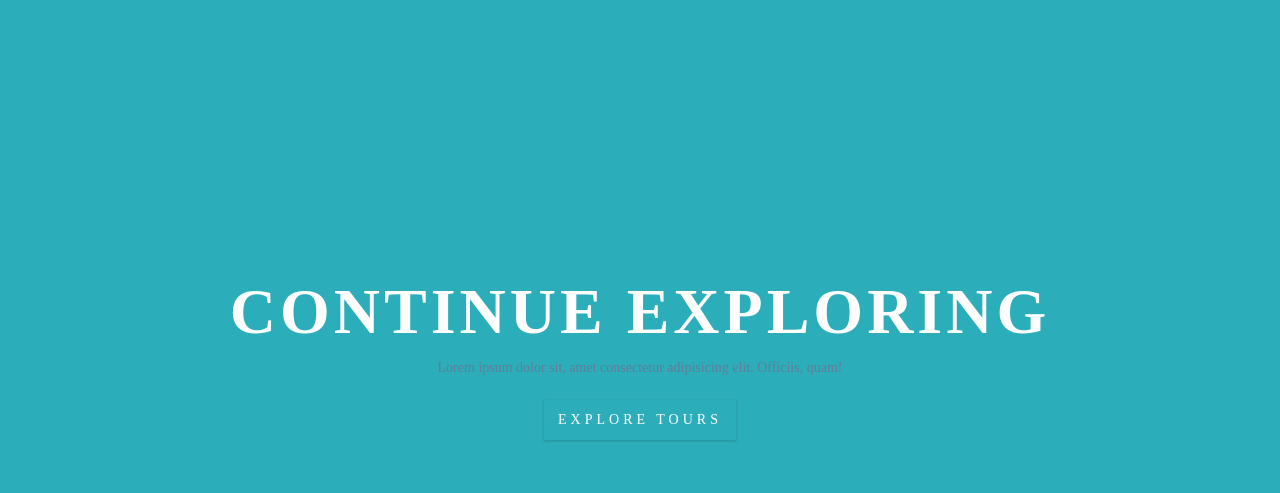
Repository: Ndifoinhilary/flexbox-project
Page: index.html
An editor plug-in stored every save of this project. The page is shown before and after the next save, followed by the edit.
The browser window is 1280 px wide. The pictures show the whole page.

Above is the page before, as saved 2024-01-18 14:13:27.

After the next save:
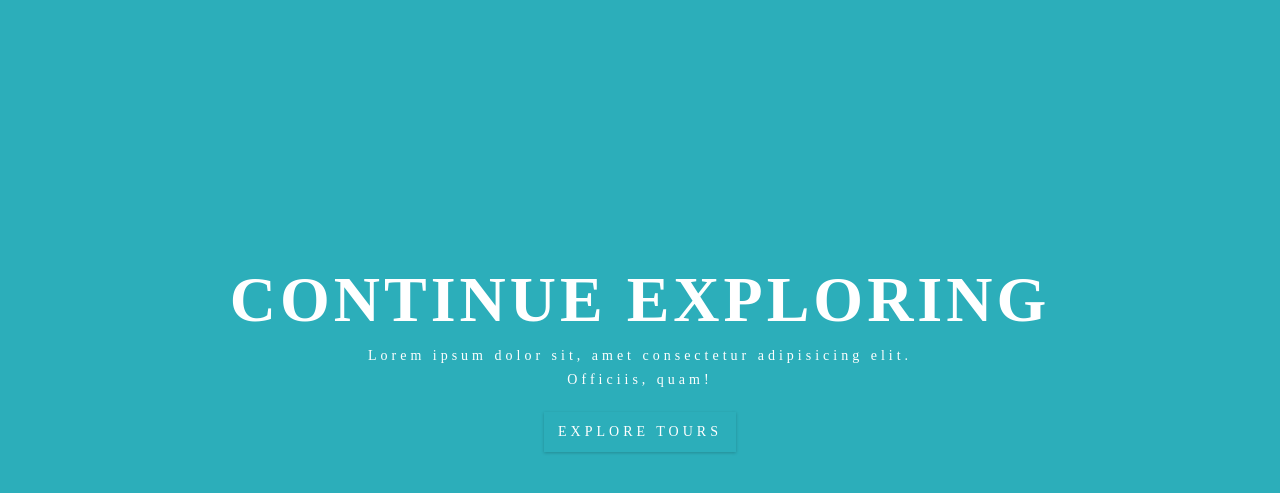
Saved 50 s later.
--- a/css/main.css
+++ b/css/main.css
@@ -164,5 +164,7 @@ p{
   max-width: 35rem;
   margin-left: auto;
   margin-right: auto;
+  color: var(--clr-White);
+  letter-spacing: var(--spacing);
 }
 /* end of hero */
